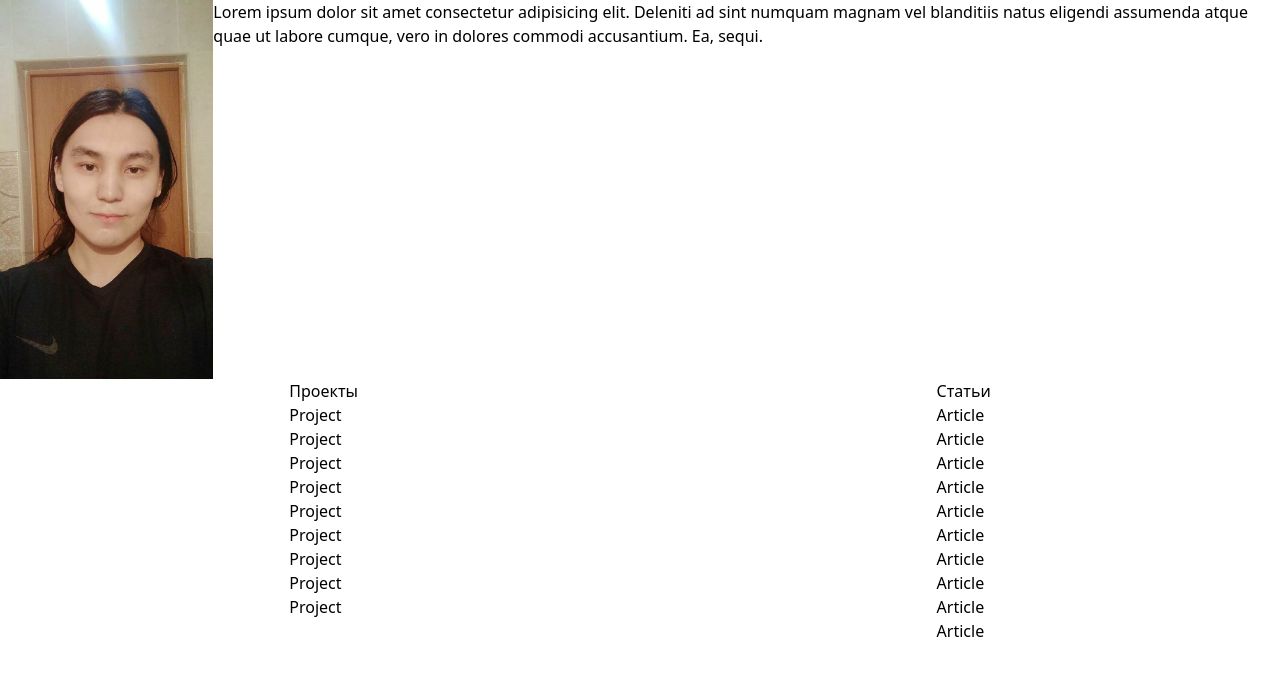
Repository: SkuldFuture/my-app
Page: /
The author's editor kept a copy of each file at every save. The page is drawn from the files as they stood at one save, then again after the next save.
The browser window is 1280 px wide. The pictures show the whole page.
The project was rebuilt for these pictures with package versions that can differ from the ones it lists, and the page was loaded fresh each time. Also part of the build but not shown: src/App.css.

Above is the page before, as saved 2023-02-13 18:54:16.

### src/pages/Home.tsx
import { Articles } from "../components/Articles";
import { Header } from "../components/Header";
import { Projects } from "../components/Projects";

export function Home() {
  return (
    <>
      <Header />
      <div className="flex flex-row justify-around">
        <ul>
        <Projects />
        </ul>
        <ul>
        <Articles />
        </ul>
      </div>
    </>
  );
}

### src/components/Articles.tsx
import { Article } from "./Article";

export function Articles() {
  return (
    <>
      <h1 className="">Статьи</h1>
      <Article />
      <Article />
      <Article />
      <Article />
      <Article />
      <Article />
      <Article />
      <Article />
      <Article />
      <Article />
    </>
  );
}

### src/components/Header.tsx
import React from "react";
import { Biography } from "./Biography";
import { RezumePhoto } from "./RezumePhoto";

export function Header() {
  return (
    <div className="flex flex-row justify-between">
      <RezumePhoto />
      <Biography />
    </div>
  );
}

### src/components/Projects.tsx
import React from "react";
import { Project } from "./Project";

export function Projects() {
  return (
    <>
      <h2>Проекты</h2>
      <Project />
      <Project />
      <Project />
      <Project />
      <Project />
      <Project />
      <Project />
      <Project />
      <Project />
    </>
  );
}

### src/components/Article.tsx
import React from 'react'

export function Article() {
  return (
    <div>Article</div>
  )
}

### src/components/Biography.tsx
import React from 'react'

export function Biography() {
  return (
    <div>Lorem ipsum dolor sit amet consectetur adipisicing elit. Deleniti ad sint numquam magnam vel blanditiis natus eligendi assumenda atque quae ut labore cumque, vero in dolores commodi accusantium. Ea, sequi.</div>
  )
}

### src/components/RezumePhoto.tsx
import React from 'react'

export function RezumePhoto() {
  return (
    <img className='w-1/6' src={require("../assets/photo.jpg")} alt="Me" />
  )
}

### src/components/Project.tsx
import React from 'react'

export function Project() {
  return (
    <div>Project</div>
  )
}

Loaded but not shown: public/index.html (common file); src/index.tsx (common file); src/index.css (common file); src/App.tsx (common file); tailwind.config.js (common file)

After the next save:
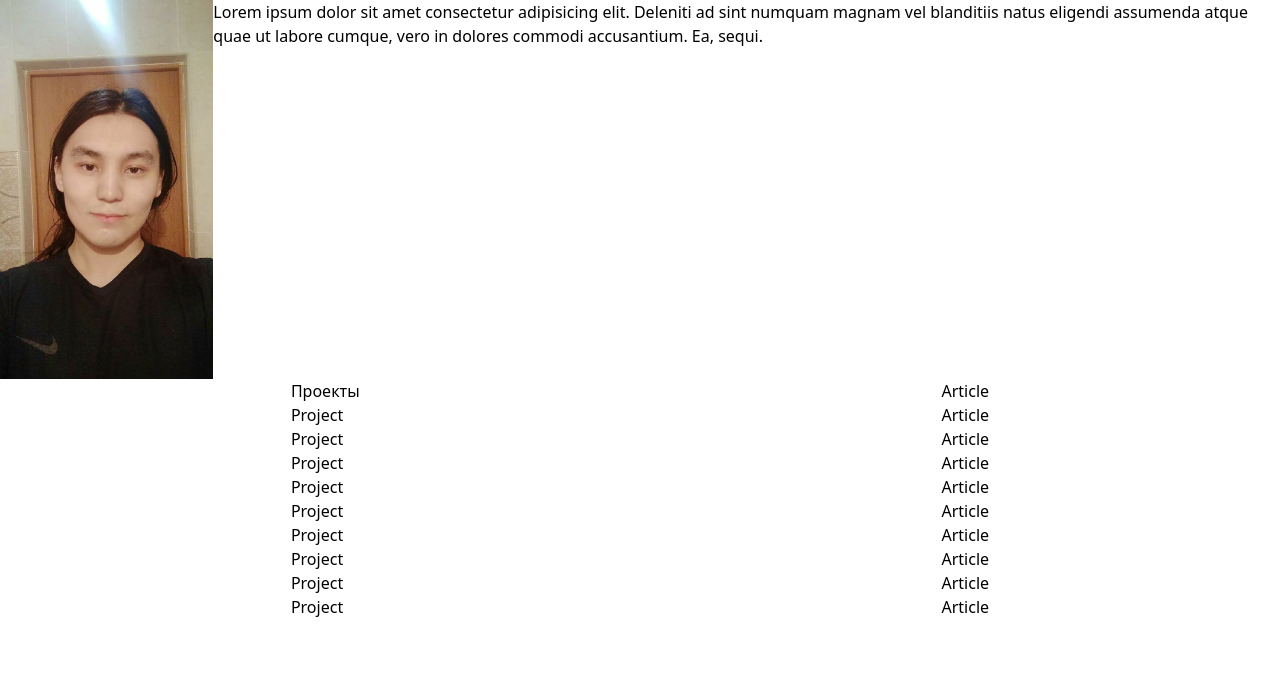
Saved 2 min 45 s later.
--- a/src/components/Articles.tsx
+++ b/src/components/Articles.tsx
@@ -3,7 +3,7 @@ import { Article } from "./Article";
 export function Articles() {
   return (
     <>
-      <h1 className="">Статьи</h1>
+
       <Article />
       <Article />
       <Article />
